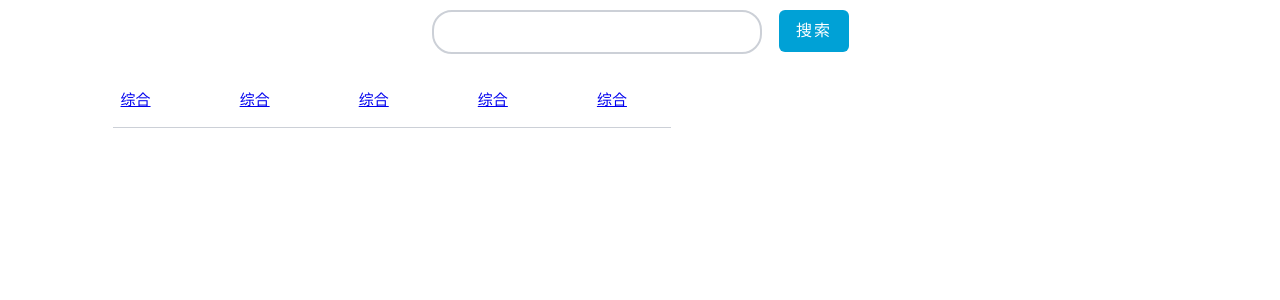
Repository: red-code-yl/web-project
Page: doc/food.html
The author's editor kept a copy of each file at every save. The page is drawn from the files as they stood at one save, then again after a run of saves.
The browser window is 1280 px wide. The pictures show the whole page.

Above is the page before, as saved 2020-06-17 20:43:17.

After the next 2 saves:
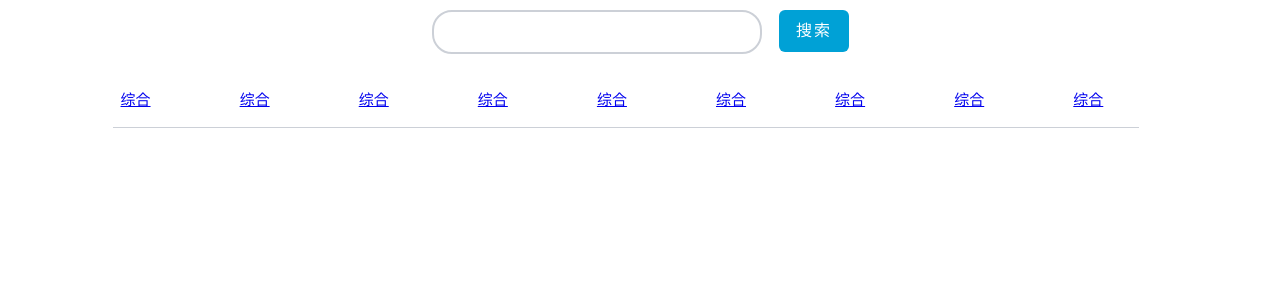
The 2 saves are shown as one change because they came seconds apart.
The last was saved 20 s later.
--- a/doc/food.html
+++ b/doc/food.html
@@ -45,6 +45,22 @@
                                     <a href="#">综合</a>
                                     <span></span>
                                 </li>
+                                <li class="fenlei-list-1" style="height: 56px;line-height: 56px;width: 11.11%;">
+                                    <a href="#">综合</a>
+                                    <span></span>
+                                </li>
+                                <li class="fenlei-list-1" style="height: 56px;line-height: 56px;width: 11.11%;">
+                                    <a href="#">综合</a>
+                                    <span></span>
+                                </li>
+                                <li class="fenlei-list-1" style="height: 56px;line-height: 56px;width: 11.11%;">
+                                    <a href="#">综合</a>
+                                    <span></span>
+                                </li>
+                                <li class="fenlei-list-1" style="height: 56px;line-height: 56px;width: 11.11%;">
+                                    <a href="#">综合</a>
+                                    <span></span>
+                                </li>
                             </ul>
                         </div>
                     </div>
